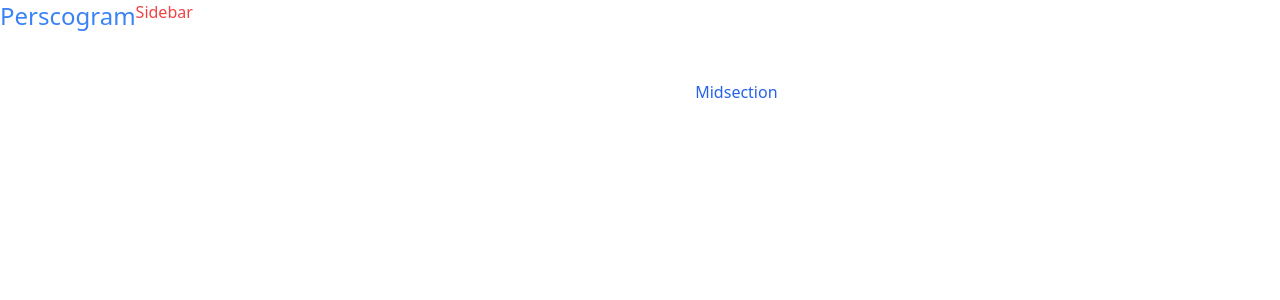
Repository: brandford7/perscogram
Page: /
An editor plug-in stored every save of this project. The page is shown before and after the next save, followed by the edit.
The browser window is 1280 px wide. The pictures show the whole page.
The project was rebuilt for these pictures with package versions that can differ from the ones it lists, and the page was loaded fresh each time. The framework's server and built-in components were replaced by stand-ins that run in the browser. Also part of the build but not shown: next.config.js.

Above is the page before, as saved 2022-12-15 21:59:45.

After the next save:
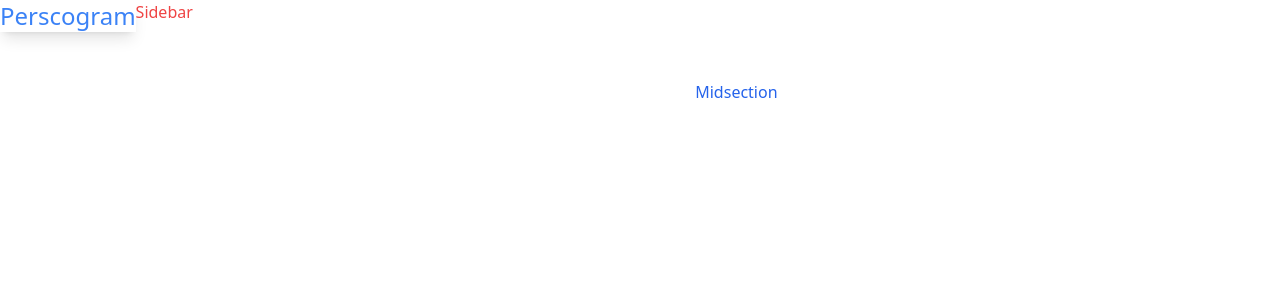
Saved 6 s later.
--- a/components/Header.jsx
+++ b/components/Header.jsx
@@ -2,7 +2,7 @@ import React from "react";
 
 const Header = () => {
   return (
-    <div className="h-50 sha">
+    <div className="h-50 shadow-lg">
       <h1 className="text-blue-500 text-2xl">Perscogram</h1>
     </div>
   );
